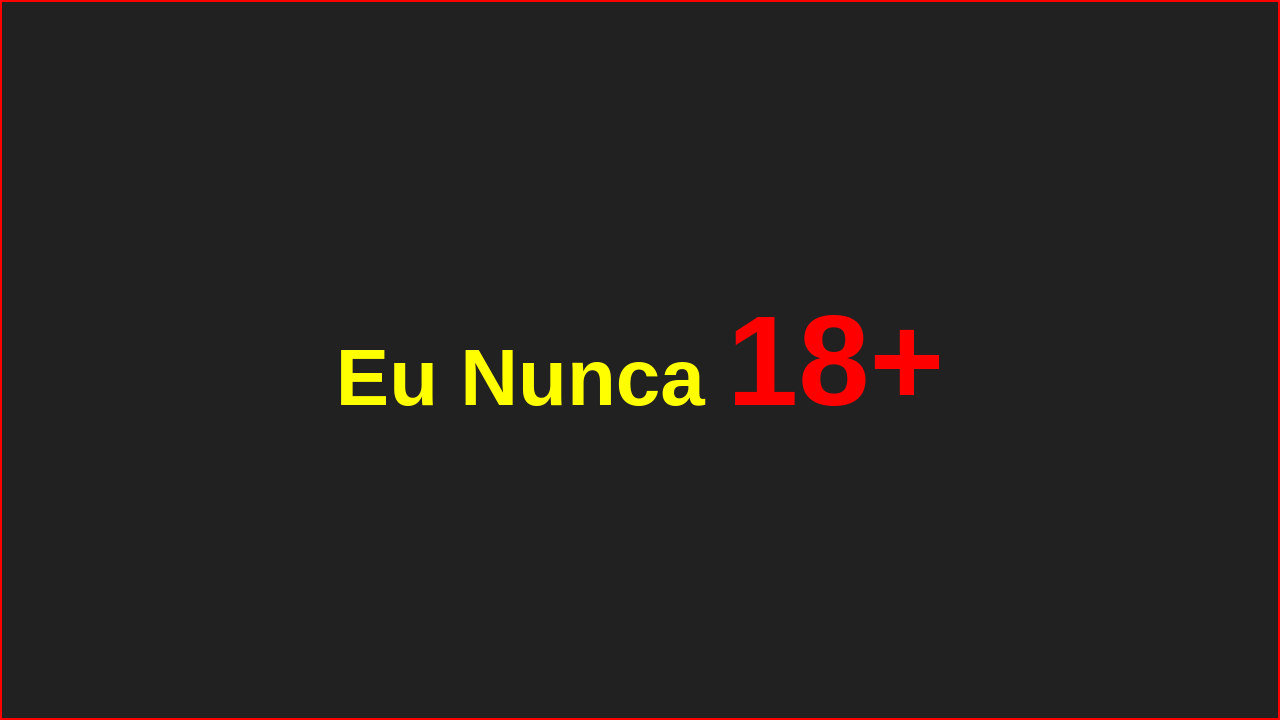
Repository: odiloalmeida/inever
Page: index.html
These files come from the project's save history. The page is drawn as it stood at one moment and after the next save; the edit follows.
The browser window is 1280 px wide. The pictures show the whole page.

Above is the page before, as saved 2023-01-31 20:17:14.

### index.html
<!DOCTYPE html>
<html lang="en">
<head>
    <meta charset="UTF-8">
    <meta http-equiv="X-UA-Compatible" content="IE=edge">
    <meta name="viewport" content="width=device-width, initial-scale=1.0">
    <link rel="stylesheet" href="./style.css">
    <title>18+ I Never</title>

</head>

<body>
    <button id="myButton" onclick="changeButtonName()"><span>Eu Nunca </span> <span2>18+</span2></button>
</body>

<script>

    function changeButtonName() {
        var button = document.getElementById("myButton");

        var names = ["Beijei alguém dessa turma",
        "Senti atração por alguém dessa turma",
        "Tomei banho pelado na praia/piscina",
        "Fiquei com um professor",
        "Fiquei com um amigo e me arrependi",
        "Fiquei com um amigo e não disse pra ninguém",
        "Menti sobre ter ficado com uma pessoa",
        "Bebi tanto que beijei alguém que não queria",
        "Bebi tanto que esqueci tudo no outro dia",
        "Vi um nudes de alguém dessa turma",
        "Desejei o namorado/namorada de um amigo",
        "Fiquei com alguém por interesse",
        "Acelerei o ato sexual por que o oral estava ruim",
        "Bebi pra ter coragem de chegar numa pessoa",
        "Transei na escola/faculdade",
        "Transei no chão",
        "Fiz sexo oral enquanto a pessoa trabalhava",
        "Fiz sexo oral enquanto a pessoa dirigia",
        "Usei fantasias sexuais",
        "Usei plug anal",
        "Usei um vibrador",
        "Fiquei com alguém depois neguei pra todo mundo",
        "Disse pra uma pessoa que a amava sem amar",
        "Transei no carro",
        "Broxei no meio do ato sexual",
        "Desisti de ficar com uma pessoa por que ela estava fedendo",
        "Fui chupar e estava fedendo muito e desisti",
        "Me masturbei depois do ato sexual por que não conseguir “chegar lá” com o parceiro",
        "Fiquei com dois amigos ao mesmo tempo sem eles saberem",
        "Parei o ato sexual para ir fazer xixi",
        "Fiz a chuca",
        "Transei na rua",
        "Paguei por sexo",
        "Fiz sexo por dinheiro"

        ];

        var randomName = names[Math.floor(Math.random() * names.length)];
        button.innerHTML = randomName;
    }

</script>

</html>

### style.css
* {
    padding: 0;
    margin: 0;
    box-sizing: border-box;
}

body {
    width: 100vw;
    height: 100vh;
    background-color: #212121;
    display: flex;
    flex-direction: column;
    align-items: center;
    justify-content: center;
}

button {
    background-color: transparent;
    height: 100vh;
    width: 100vw;
    border: red 2px solid;
    color: #f1f1f1;
    font-weight: bold;
    font-size: 3rem;
    padding: 5px;
}

button span {
    color: yellow;
    font-size: 5rem;
}

button span2 {
    color: red;
    font-size: 8rem;
}

After the next save:
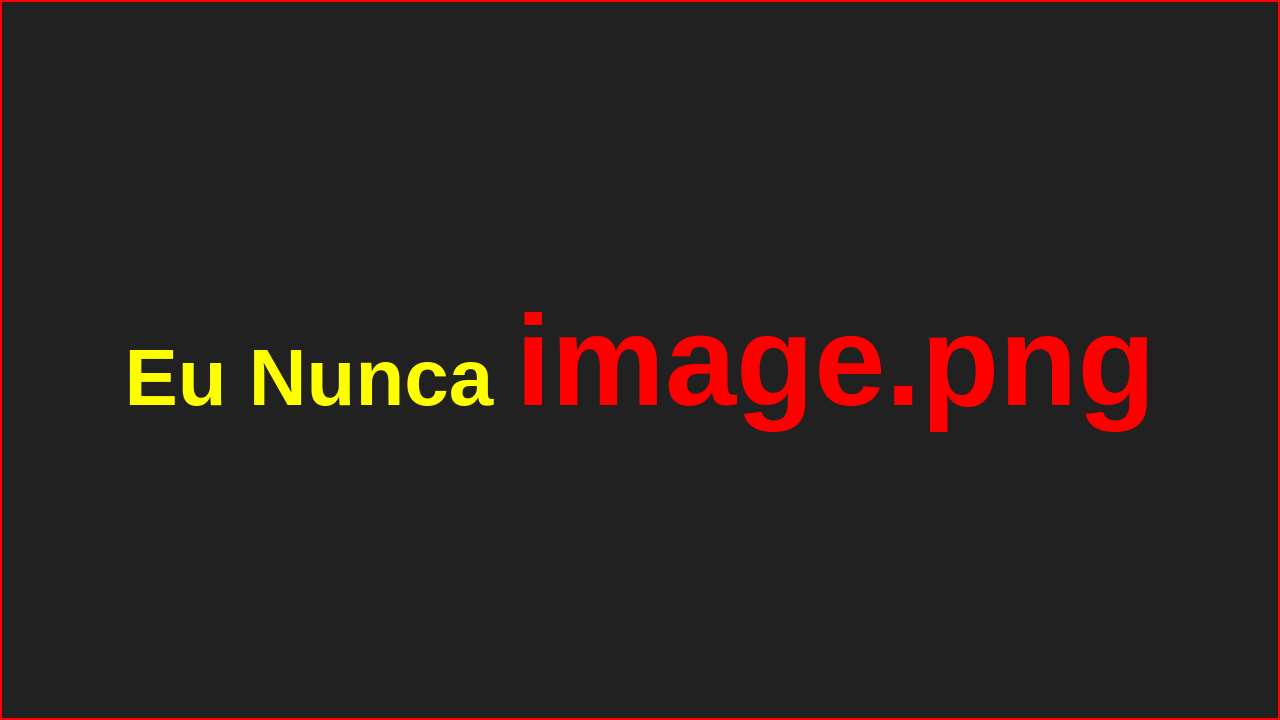
Saved 3 min 19 s later.
--- a/index.html
+++ b/index.html
@@ -10,7 +10,7 @@
 </head>
 
 <body>
-    <button id="myButton" onclick="changeButtonName()"><span>Eu Nunca </span> <span2>18+</span2></button>
+    <button id="myButton" onclick="changeButtonName()"><span>Eu Nunca </span> <span2>image.png</span2></button>
 </body>
 
 <script>

After the save that followed:
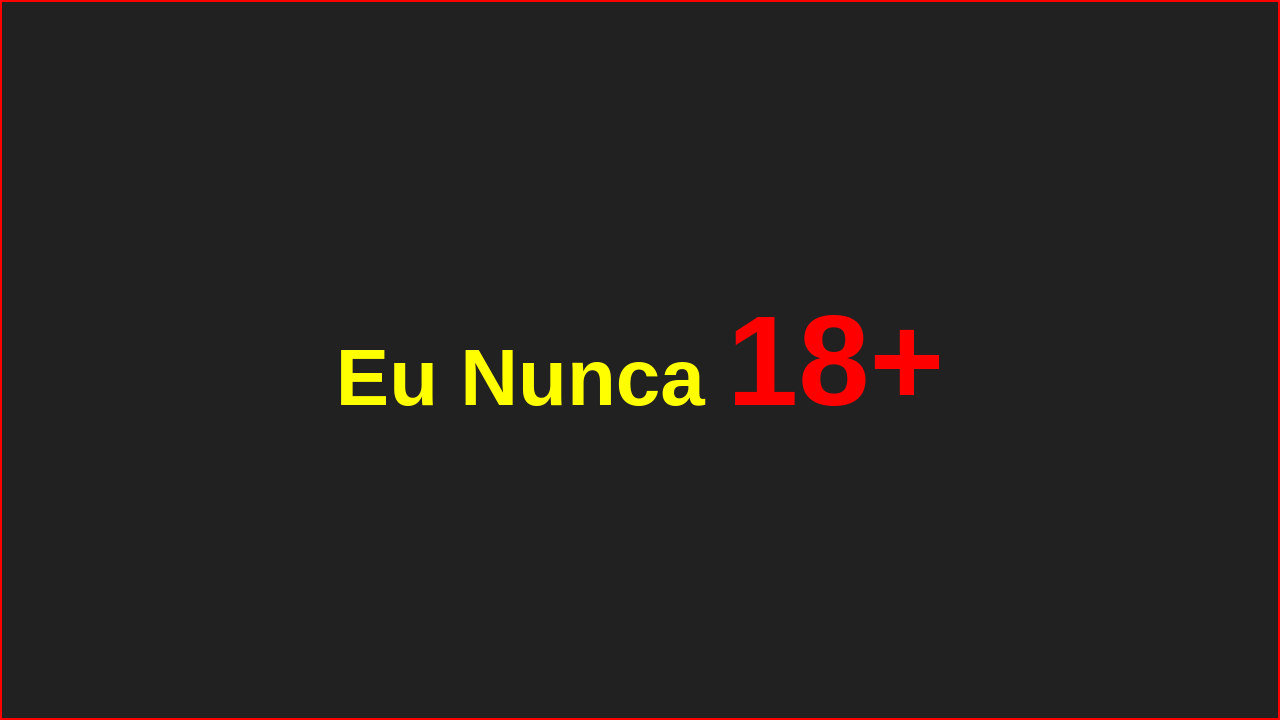
Saved 8 s later.
--- a/index.html
+++ b/index.html
@@ -10,7 +10,7 @@
 </head>
 
 <body>
-    <button id="myButton" onclick="changeButtonName()"><span>Eu Nunca </span> <span2>image.png</span2></button>
+    <button id="myButton" onclick="changeButtonName()"><span>Eu Nunca </span> <span2>18+</span2></button>
 </body>
 
 <script>
